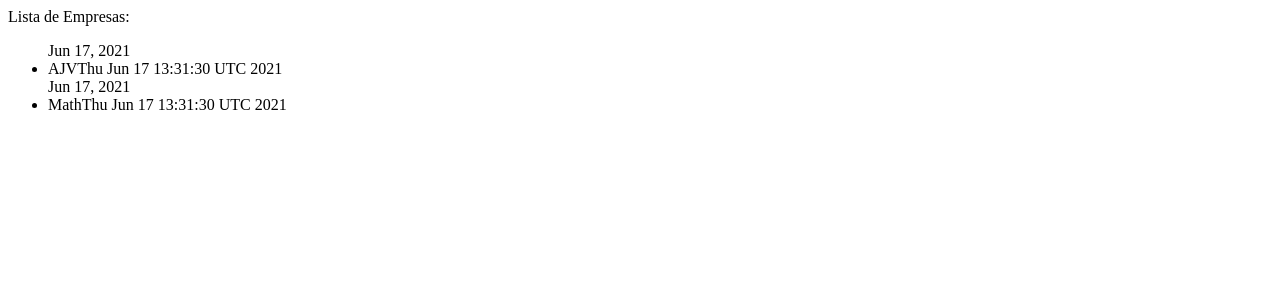
Repository: MathSzoke/JavaWebServlet
Page: http://localhost/gerenciador/listaEmpresas
An editor plug-in stored every save of this project. The page is shown before and after the next save, followed by the edit.
The browser window is 1280 px wide. The pictures show the whole page.
The page is served by Tomcat 9.

Above is the page before, as saved 2021-06-17 17:59:58.

After the next save:
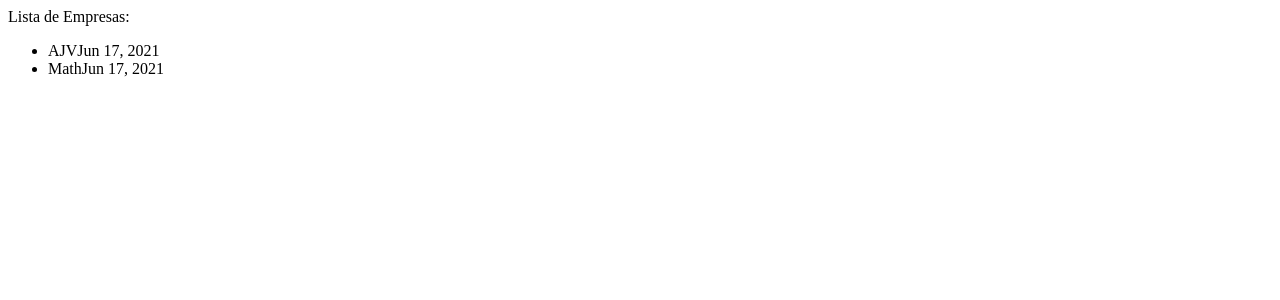
Saved 20 s later.
--- a/gerenciador/WebContent/listaEmpresas.jsp
+++ b/gerenciador/WebContent/listaEmpresas.jsp
@@ -15,8 +15,8 @@ Lista de Empresas: <br >
 
 	<ul>
 		<c:forEach items="${ empresas }" var="empresa">
-			<fmt:formatDate value="${ empresa.dataAbertura }"/>
-			<li>${empresa.nome }${ empresa.dataAbertura }</li>
+
+			<li>${empresa.nome }<fmt:formatDate value="${ empresa.dataAbertura }"/></li>
 		</c:forEach>
 	</ul>
 </body>
